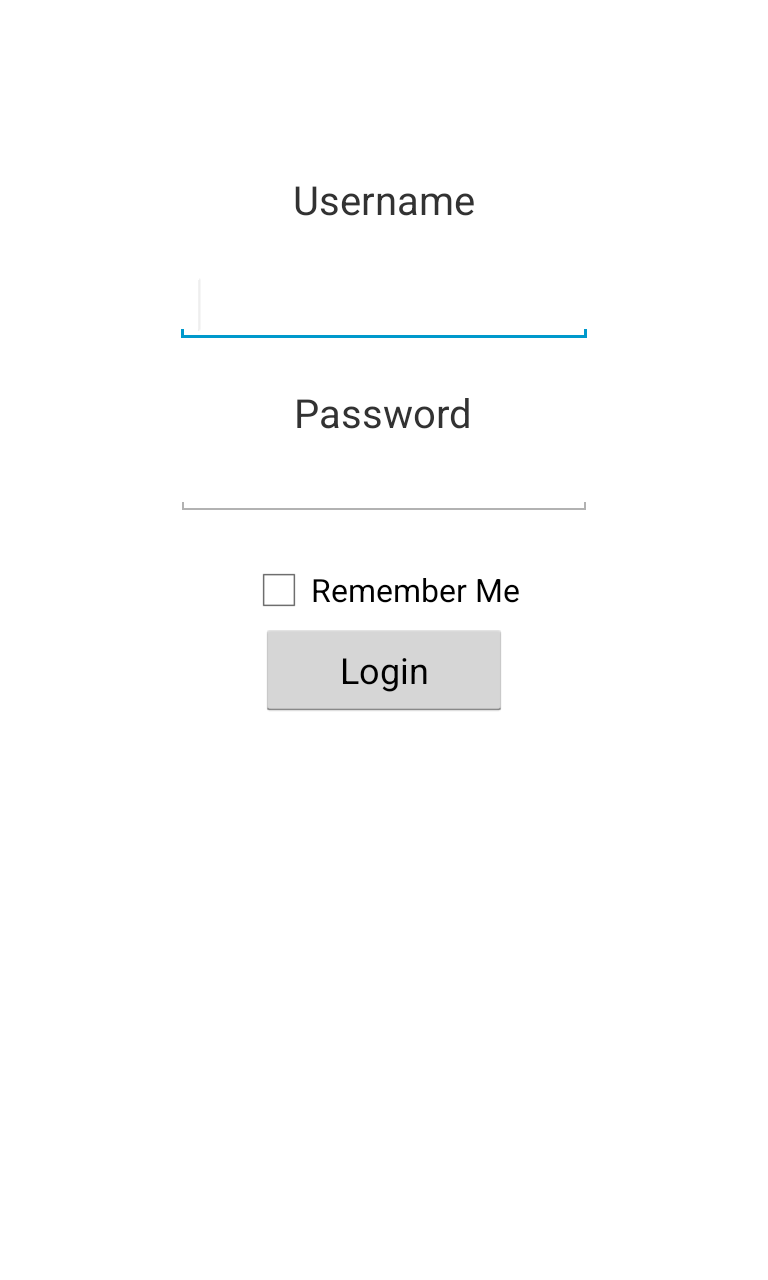
Repository: emeryduh/AndroidProject
Layout: client/TeamJonesProject/res/layout/activity_login.xml
An editor plug-in stored every save of this project. The layout is shown before and after the next save, followed by the edit.
It is drawn on a 768 x 1280 px phone screen (xhdpi) without system bars, with theme AppTheme; the app's code is not run.

Above is the layout before, as saved 2014-10-01 01:26:30.

After the next save:
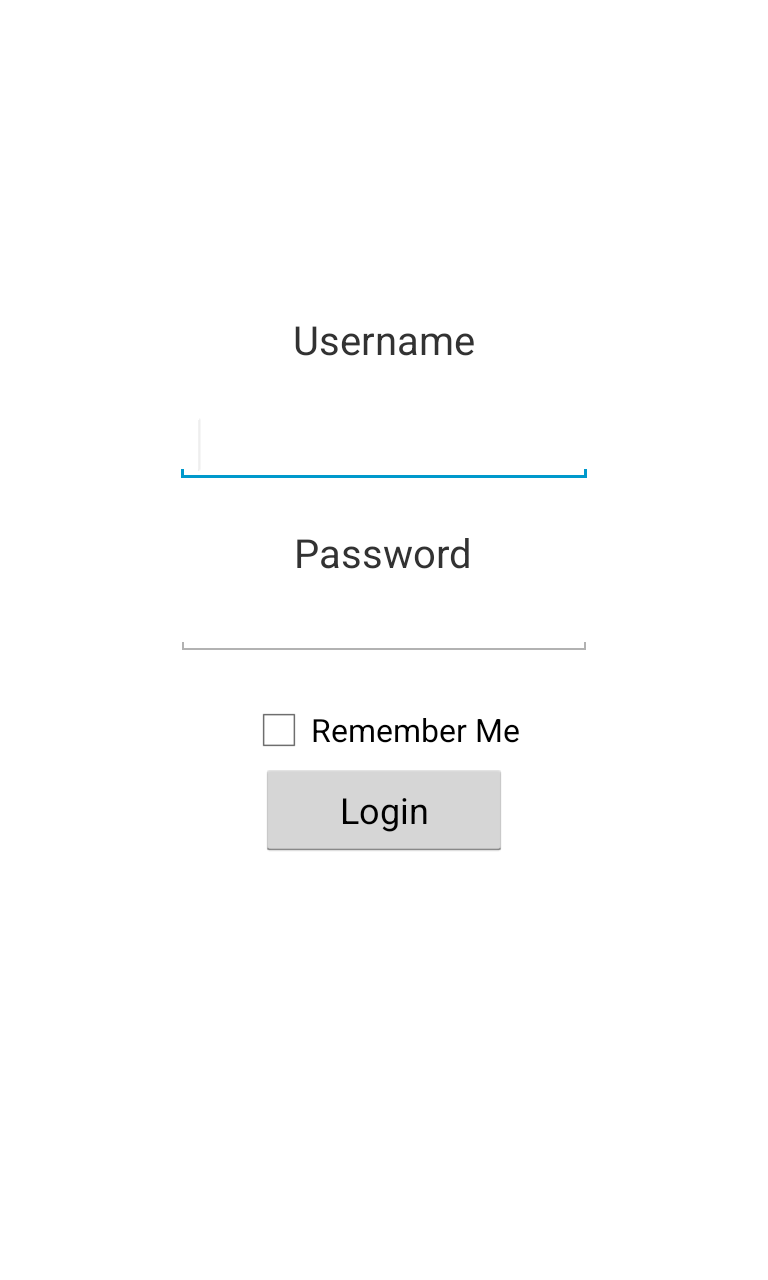
Saved 4 s later.
--- a/client/TeamJonesProject/res/layout/activity_login.xml
+++ b/client/TeamJonesProject/res/layout/activity_login.xml
@@ -11,7 +11,7 @@
     <LinearLayout
         android:id="@+id/linearLayout_header"
         android:layout_width="match_parent"
-        android:layout_height="@diment/bodySpacing_ceiling"
+        android:layout_height="@dimen/bodySpacing_ceiling"
         android:layout_alignParentLeft="true"
         android:layout_alignParentTop="true"
         android:orientation="vertical" >

After the save that followed:
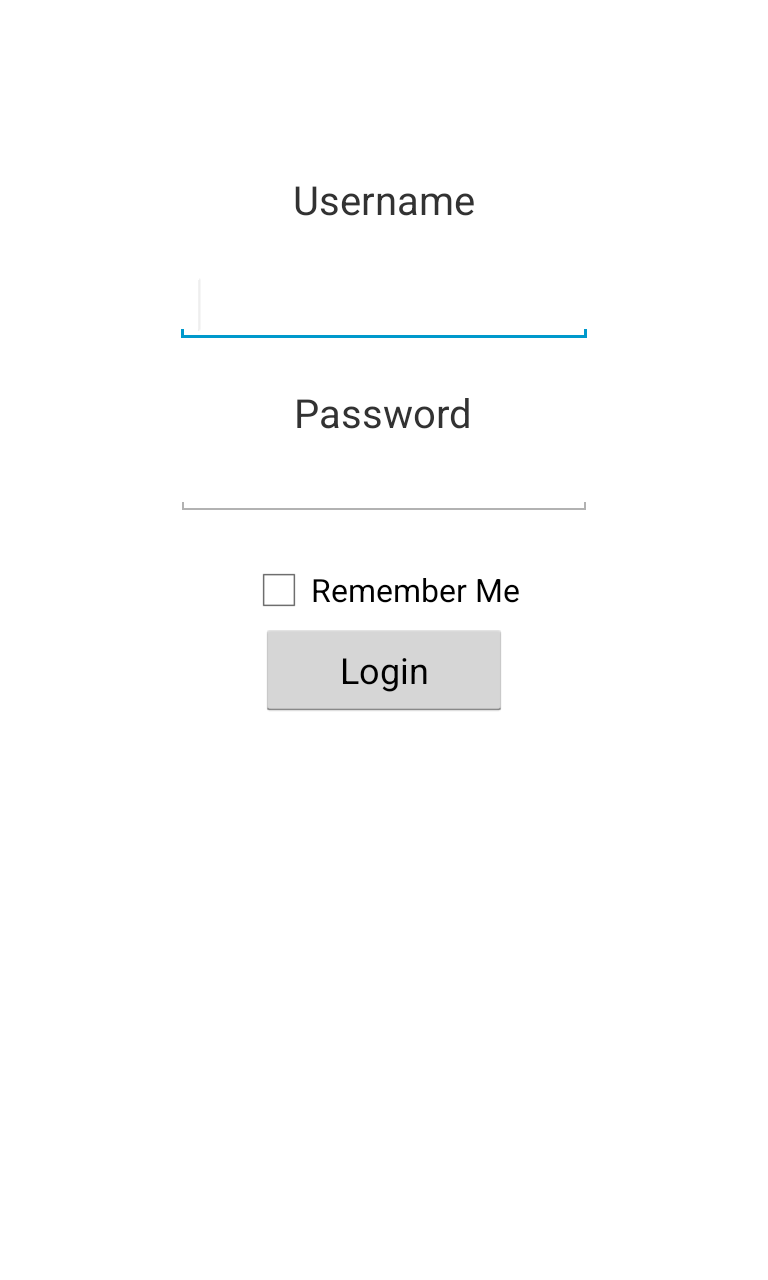
Saved 14 s later.
--- a/client/TeamJonesProject/res/layout/activity_login.xml
+++ b/client/TeamJonesProject/res/layout/activity_login.xml
@@ -21,7 +21,6 @@
         android:id="@+id/linearLayout_body"
         android:layout_width="match_parent"
         android:layout_height="wrap_content"
-        android:layout_marginTop="@dimen/bodySpacing_ceiling"
         android:layout_alignLeft="@+id/linearLayout_header"
         android:layout_below="@+id/linearLayout_header"
         android:orientation="vertical" >
